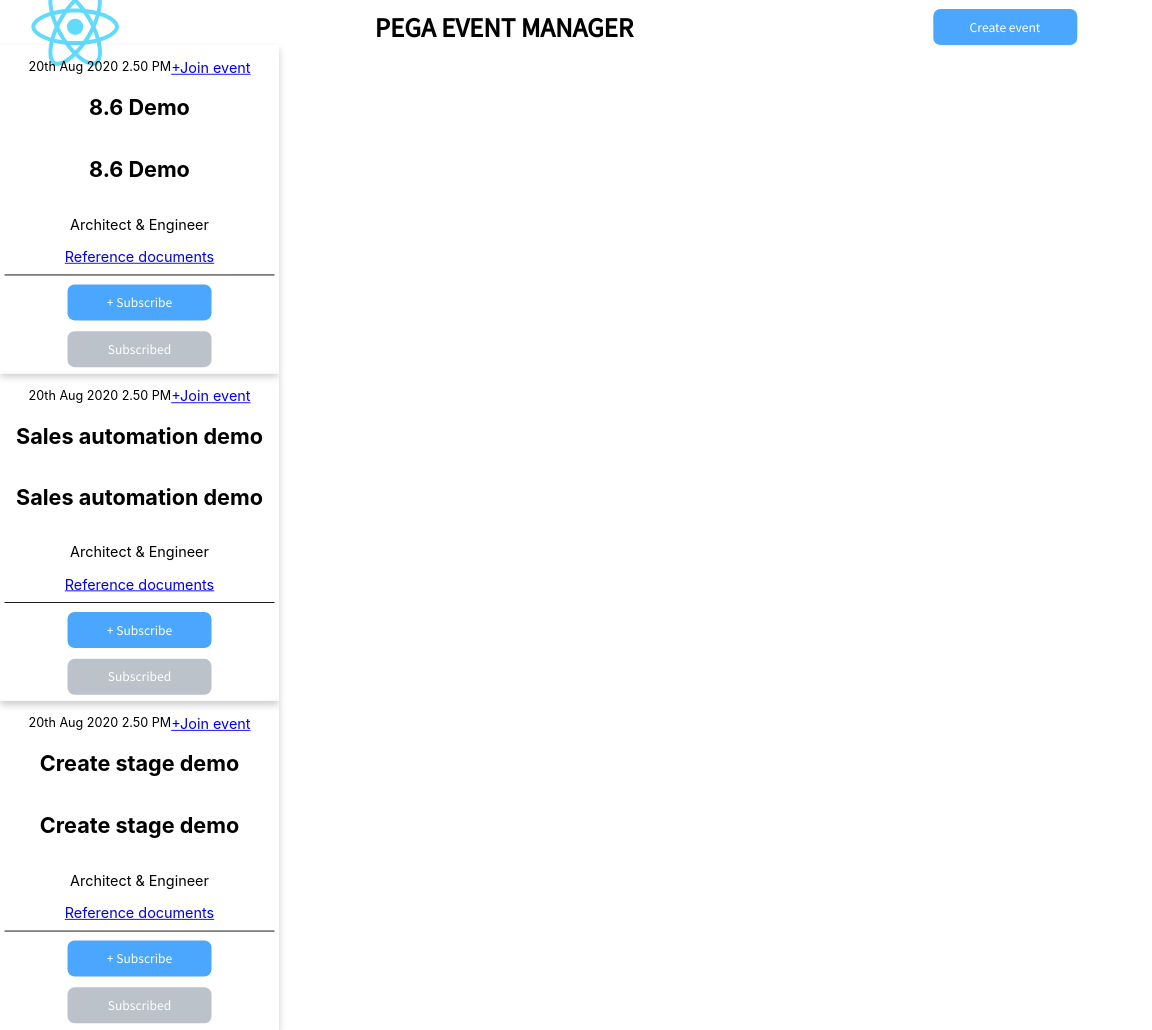
Repository: SasiVeeramachaneni/eventmanager
Page: /
The author's editor kept a copy of each file at every save. The page is drawn from the files as they stood at one save, then again after the next save.
The browser window is 1280 px wide. The pictures show the whole page, at 90% of full size.
The project was rebuilt for these pictures with package versions that can differ from the ones it lists, and the page was loaded fresh each time.

Above is the page before, as saved 2020-08-19 16:09:19.

### src/index.js
import React from 'react';
import ReactDOM from 'react-dom';
import './index.css';
import App from './App';
import * as serviceWorker from './serviceWorker';
import './fonts/SourceSansPro-Regular.ttf'

ReactDOM.render(
  <React.StrictMode>
    <App />
  </React.StrictMode>,
  document.getElementById('root')
);

// If you want your app to work offline and load faster, you can change
// unregister() to register() below. Note this comes with some pitfalls.
// Learn more about service workers: https://bit.ly/CRA-PWA
serviceWorker.unregister();

### src/App.js
import React from 'react';
import './App.css';
import logo from './logo.svg';
import Events from './Events';

function App() {
  return (
    <div className="App">
      <div className="header">
        <div className="logo"><img src={logo} alt=""/></div>
        <div className="heading">PEGA EVENT MANAGER</div>
        <div className="logo"><button type="button" className="createbutton">Create event</button></div>
      </div>
      <div className="body">
        <Events />
      </div>

    </div>
  );
}

export default App;

### src/App.css
.App {
  height: 100vh;
  width: 100%;
  display: grid;
  grid-template-rows: 50px 1fr;
}

@font-face {
  font-family: 'SourceSansPro';
  src: local('SourceSansPro'), url(./fonts/SourceSansPro-Regular.ttf) format('truetype');
}


.container {
  padding: 2px 16px;
}

.header {
  display: flex;
  align-items: stretch;
  justify-content: space-evenly;
  padding-top: 10px;
}

.logo {
  flex-grow: 1;
  display: flex;
  align-items: center;
  justify-content: center;
}

.heading {
  flex-grow: 3;
  display: flex;
  align-items: center;
  justify-content: center;
  font-size: 30px;
  font-weight: bold;
  font-family: SourceSansPro;

}

.createbutton {
  width: 10rem;
  color: #FFF;
  background: #4BA7FE;
  border-radius: 8px;
  font-size: 15px;
  line-height: 24px;
  height: 2.5rem;
  position: relative;
  align-items: center;
  box-sizing: border-box;
  transition: all 0.4s ease-in-out;
  border: none;
  font-family: SourceSansPro;


}

.body {
}

### src/Events.js
import React from 'react';
import './App.css';
import Card from './Card'

const robots = [
    {
      id: 1,
      name: "8.6 Demo",
      username: "Sasi",
      email: "Sincere@april.biz"
    },
    {
      id: 2,
      name: "Sales automation demo",
      username: "Bharath",
      email: "Sincere@april.biz"
    },  {
      id: 3,
      name: "Create stage demo",
      username: "Naresh",
      email: "Sincere@april.biz"
    },
  ]

  const CardList = ({ robots }) => {
    const cardsArray = robots.map(robot => (
      <Card
        name={robot.name}
        email={robot.email}
        username={robot.username}
        id={robot.id} />
    ));

    return (
      <div>
        {cardsArray}
      </div>
    );
  };

  function Events() {
      return(
        <CardList robots={robots} />
      );
  }

  export default Events;

### src/Card.js
import React from 'react';
import './Card.css';

function Card(props) {
    return (
    <div className="card">
        <div className="inlineCard">
        <div className="topline">
          <div className="time">20th Aug 2020 2.50 PM</div>
          <a href="url">+Join event</a>
        </div>
        <h2>{props.name}</h2>
        <h2>{props.name}</h2>
        <p>Architect & Engineer</p>
        <a href="url">Reference documents</a>
        <div className="solid" />
        <div className="bottom">
        <button className="subscribe">+   Subscribe</button><br />
        <button className="unsubscribe">Subscribed</button><br />
        </div>
        </div>
    </div>
    );
}

export default Card;

### src/Card.css
.card {
    box-shadow: 0 4px 8px 0 rgba(0,0,0,0.2);
    transition: 0.3s;
    width: 300px;
    padding: 5px;
  }

  .card:hover {
    box-shadow: 0 8px 16px 0 rgba(0,0,0,0.2);
  }


  .inlineCard {
    display: flex;
    flex-direction: column;
    align-items: center;
    justify-content: center;
  }

  .topline {
    padding-top: 10px;
    padding-left:5px;
    padding-right: 5px;
    display: flex;
    align-items: flex-start;
    justify-content: space-between;
  }

  .solid {
    margin-top:10px;
    border-bottom: 1px solid black;
    width: 300px;
  }

  .time {
    font-size: 14px;
}

.unsubscribe {
    width: 10rem;
    color: #FFF;
    background: #bbc2c9;
    border-radius: 8px;
    font-size: 15px;
    line-height: 24px;
    height: 2.5rem;
    position: relative;
    align-items: center;
    box-sizing: border-box;
    transition: all 0.4s ease-in-out;
    border: none;
    font-family: SourceSansPro;
    margin-top: 10px;
    margin-bottom: 2px;

  }

  .subscribe {
    width: 10rem;
    color: #FFF;
    background: #4BA7FE;
    border-radius: 8px;
    font-size: 15px;
    line-height: 24px;
    height: 2.5rem;
    position: relative;
    align-items: center;
    box-sizing: border-box;
    transition: all 0.4s ease-in-out;
    border: none;
    font-family: SourceSansPro;
    margin-top: 10px;
    margin-bottom: 2px;

  }

Loaded but not shown: public/index.html (common file); src/index.css (common file); src/serviceWorker.js (common file)

After the next save:
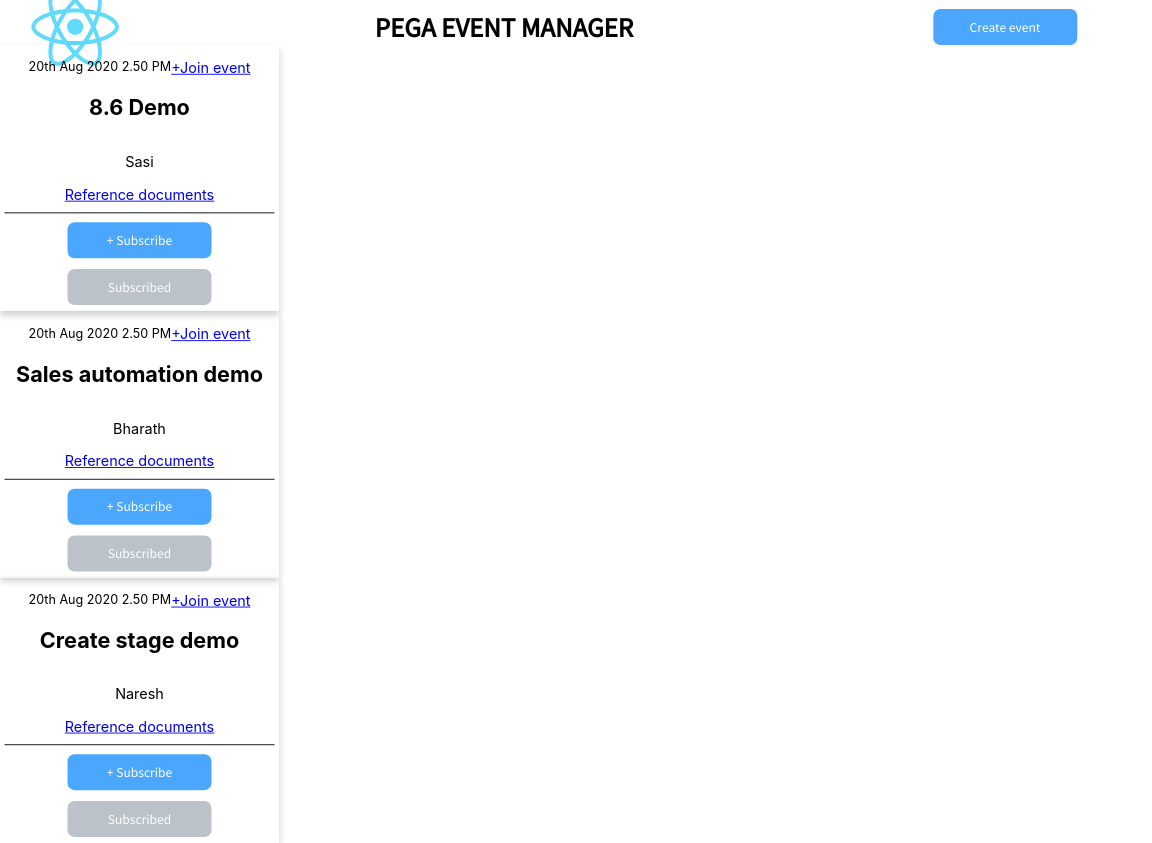
Saved 13 s later.
--- a/src/Card.js
+++ b/src/Card.js
@@ -10,8 +10,7 @@
           <a href="url">+Join event</a>
         </div>
         <h2>{props.name}</h2>
-        <h2>{props.name}</h2>
-        <p>Architect & Engineer</p>
+        <p>{props.username}</p>
         <a href="url">Reference documents</a>
         <div className="solid" />
         <div className="bottom">
